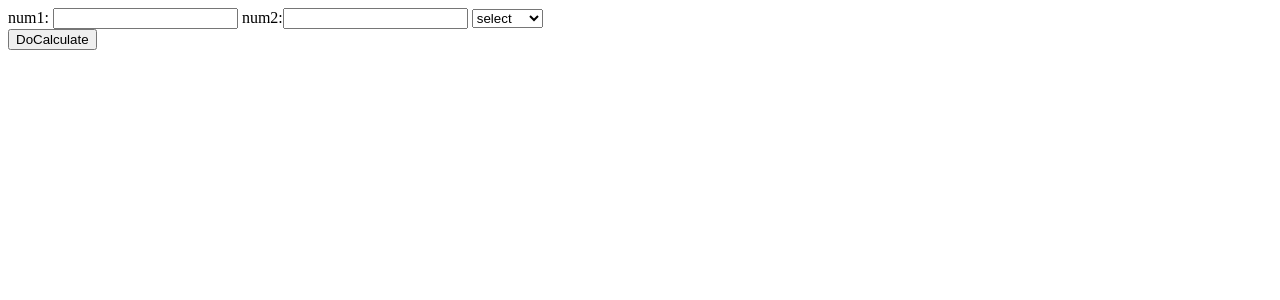
Repository: ravikumar0303/Advance-Java
Page: JSPCalculator/src/main/webapp/calculator.html
An editor plug-in stored every save of this project. The page is shown before and after the next save, followed by the edit.
The browser window is 1280 px wide. The pictures show the whole page.

Above is the page before, as saved 2023-06-24 11:05:37.

### JSPCalculator/src/main/webapp/calculator.html
<!DOCTYPE html>
<html>
<head>
<meta charset="ISO-8859-1">
<title>calculator</title>

</head><tr><td>
<body>
      <form action="ToCalculate.jsp" method="doPost"/>

         num1: <input type="text" name="num1" id="num1"/>
         num2:<input type="text" name="num2" id="num2"/>

         <select onClick="btn" id="btn" name="btn">
          <option>select</option>
          <option value="add" id="btn">Addition</option>
          <option value="sub" id="btn">Sub</option>
          <option value="mul" id="btn">mul</option>
          <option value="div" id="btn">div</option>
         </select><br>
         <button type="submit" name="btn"id="btn">DoCalculate</button>


      </form>
      </tr></td>
</body>
</html>

After the next save:
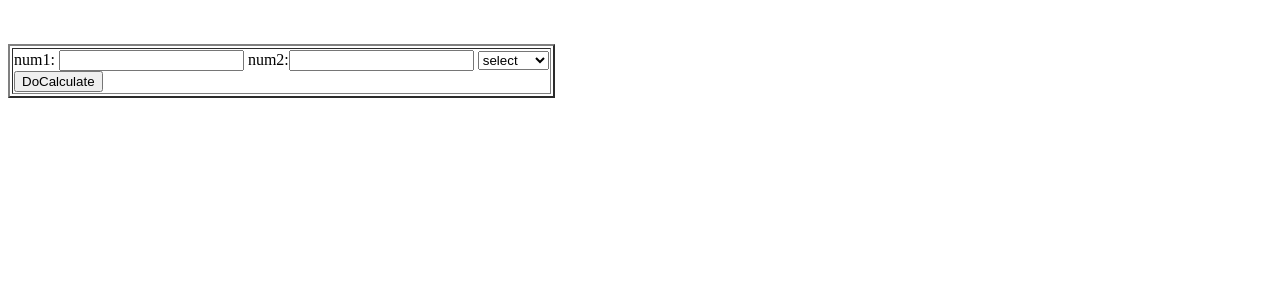
Saved 68 s later.
--- a/JSPCalculator/src/main/webapp/calculator.html
+++ b/JSPCalculator/src/main/webapp/calculator.html
@@ -4,8 +4,11 @@
 <meta charset="ISO-8859-1">
 <title>calculator</title>
 
-</head><tr><td>
+</head>
 <body>
+<br></br>
+<div style="border:2px">
+<table border="2px"><tr><td>
       <form action="ToCalculate.jsp" method="doPost"/>
 
          num1: <input type="text" name="num1" id="num1"/>
